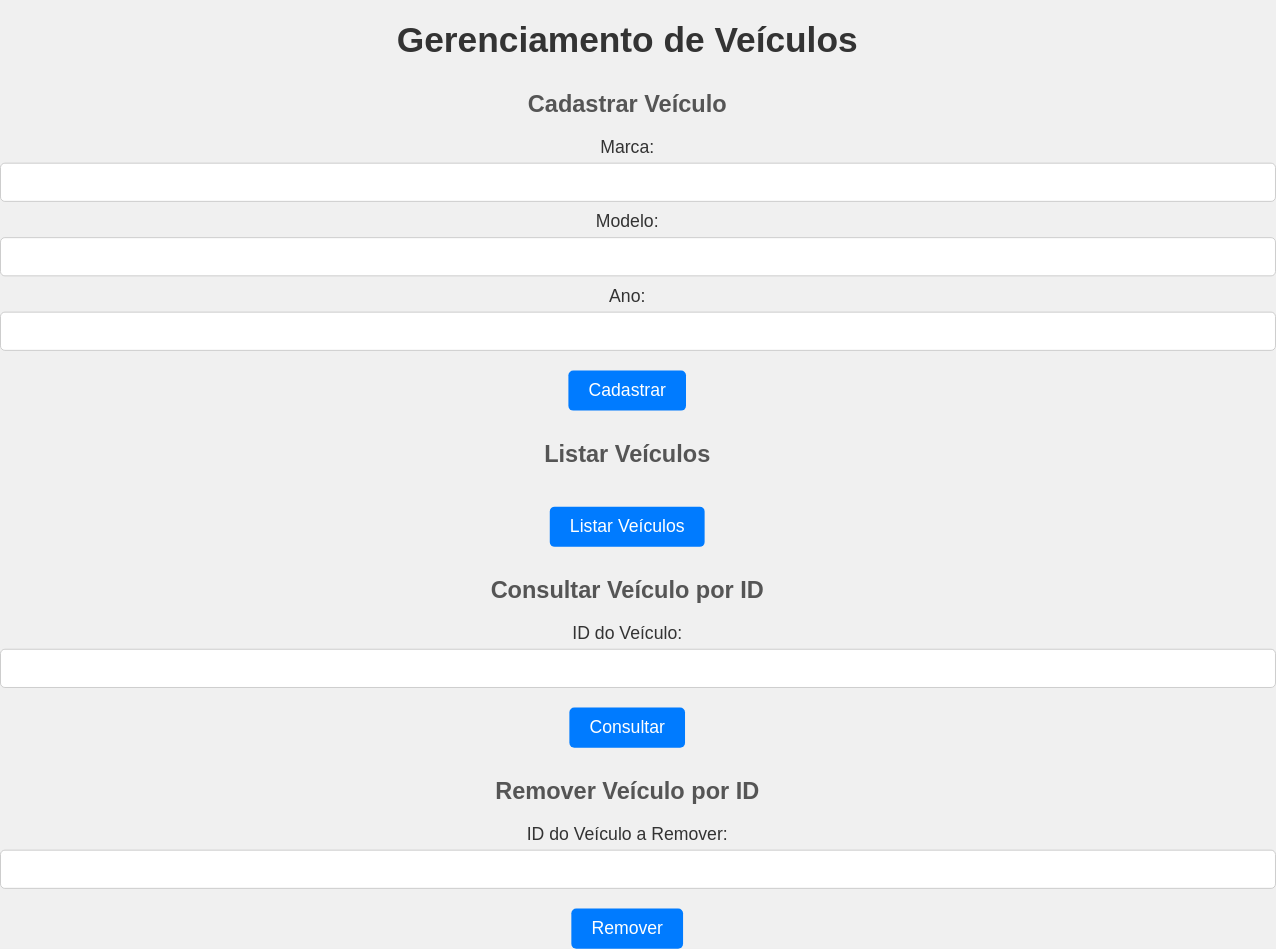
Repository: joaomadeira1208/Exercicio3
Page: veiculos/src/main/resources/index.html
An editor plug-in stored every save of this project. The page is shown before and after the next save, followed by the edit.
The browser window is 1280 px wide. The page is 1302 px wide, then 1280 px, so the pictures cover 1302 px, including what lies to the right of the window. The pictures show the whole page, at 98% of full size.

Above is the page before, as saved 2023-09-14 21:58:19.

### veiculos/src/main/resources/index.html
<!DOCTYPE html>
<html>
<head>
    <title>Gerenciamento de Veículos</title>
    <style>
       /* Estilo para o corpo da página */
body {
    font-family: Arial, sans-serif;
    background-color: #f0f0f0;
    margin: 0;
    padding: 0;
    text-align: center;
}

/* Estilo para o cabeçalho (h1) */
h1 {
    font-size: 36px;
    color: #333;
    margin-top: 20px;
}

/* Estilo para os subtítulos (h2) */
h2 {
    font-size: 24px;
    color: #555;
    margin-top: 30px;
}

/* Estilo para os rótulos dos campos de entrada */
label {
    font-size: 18px;
    color: #333;
    display: block;
    margin-top: 10px;
}

/* Estilo para os campos de entrada de texto */
input[type="text"],
input[type="number"] {
    width: 100%;
    padding: 10px;
    font-size: 16px;
    border: 1px solid #ccc;
    border-radius: 5px;
    margin-top: 5px;
}

/* Estilo para o botão */
input[type="submit"],
button {
    background-color: #007bff;
    color: #fff;
    font-size: 18px;
    padding: 10px 20px;
    border: none;
    border-radius: 5px;
    cursor: pointer;
    margin-top: 20px;
}

/* Estilo para o botão quando o mouse passa por cima */
input[type="submit"]:hover,
button:hover {
    background-color: #0056b3;
}
/* Estilo para os campos de entrada de texto */
input[type="text"],
input[type="number"] {
    width: 100%;
    padding: 10px;
    font-size: 16px;
    border: 1px solid #ccc;
    border-radius: 5px;
    margin-top: 5px;
    line-height: 10%; /* Define a altura da linha para 10% do tamanho da fonte */
}


    </style>
</head>
<body>
    <h1>Gerenciamento de Veículos</h1>

    <!-- Formulário para cadastrar um veículo -->
    <h2>Cadastrar Veículo</h2>
    <form action="/cadastrar-veiculo" method="post">
        <label for="marca">Marca:</label>
        <input type="text" id="marca" name="marca" required><br>

        <label for="modelo">Modelo:</label>
        <input type="text" id="modelo" name="modelo" required><br>

        <label for="ano">Ano:</label>
        <input type="number" id="ano" name="ano" required><br>

        <input type="submit" value="Cadastrar">
    </form>

    <!-- Botão para listar veículos -->
    <h2>Listar Veículos</h2>
    <button onclick="listarVeiculos()">Listar Veículos</button>

    <!-- Formulário para consultar um veículo por ID -->
    <h2>Consultar Veículo por ID</h2>
    <form action="/consultar-veiculo" method="get">
        <label for="id-veiculo">ID do Veículo:</label>
        <input type="number" id="id-veiculo" name="id-veiculo" required><br>

        <input type="submit" value="Consultar">
    </form>

    <!-- Formulário para remover um veículo por ID -->
    <h2>Remover Veículo por ID</h2>
    <form action="/remover-veiculo" method="post">
        <label for="id-veiculo-remover">ID do Veículo a Remover:</label>
        <input type="number" id="id-veiculo-remover" name="id-veiculo-remover" required><br>

        <input type="submit" value="Remover">
    </form>

    <script>
        function listarVeiculos() {
            // Você pode adicionar aqui a lógica para listar veículos na página
        }
    </script>
</body>
</html>

After the next save:
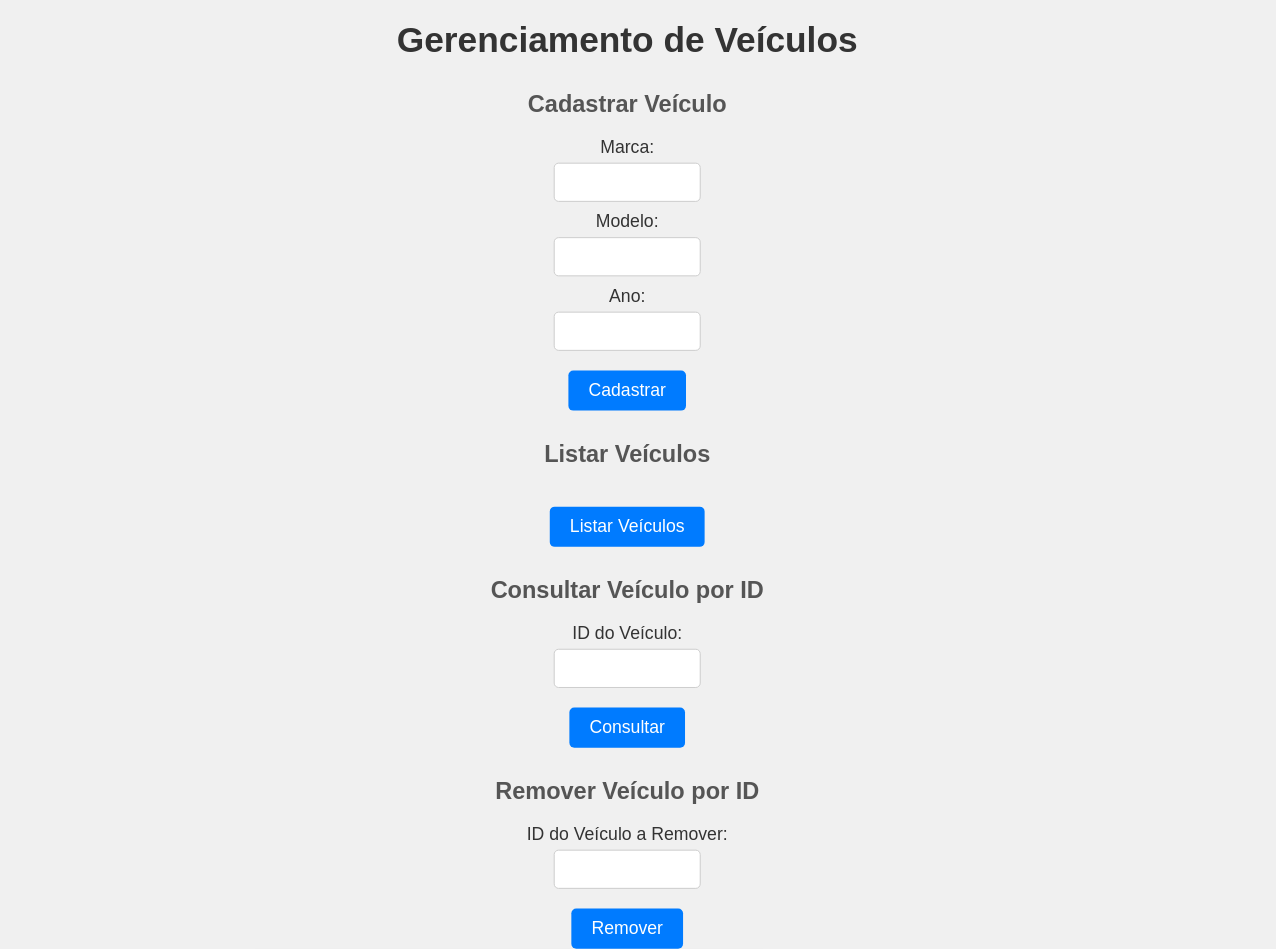
Saved 45 s later.
--- a/veiculos/src/main/resources/index.html
+++ b/veiculos/src/main/resources/index.html
@@ -37,7 +37,7 @@ label {
 /* Estilo para os campos de entrada de texto */
 input[type="text"],
 input[type="number"] {
-    width: 100%;
+    width: 10%;
     padding: 10px;
     font-size: 16px;
     border: 1px solid #ccc;
@@ -62,17 +62,6 @@ button {
 input[type="submit"]:hover,
 button:hover {
     background-color: #0056b3;
-}
-/* Estilo para os campos de entrada de texto */
-input[type="text"],
-input[type="number"] {
-    width: 100%;
-    padding: 10px;
-    font-size: 16px;
-    border: 1px solid #ccc;
-    border-radius: 5px;
-    margin-top: 5px;
-    line-height: 10%; /* Define a altura da linha para 10% do tamanho da fonte */
 }
 
 
